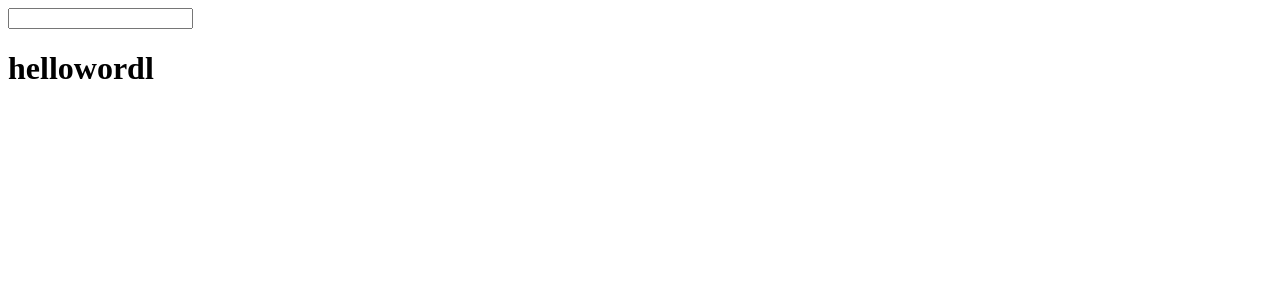
Repository: fakebrianho/baseExample
Page: public/index.html
An editor plug-in stored every save of this project. The page is shown before and after the next save, followed by the edit.
The browser window is 1280 px wide. The pictures show the whole page.

Above is the page before, as saved 2022-11-27 19:38:50.

### public/index.html
<!DOCTYPE html>
<html lang="en">

<head>
    <meta charset="UTF-8">
    <meta http-equiv="X-UA-Compatible" content="IE=edge">
    <meta name="viewport" content="width=device-width, initial-scale=1.0">
    <title>Demo</title>
</head>

<body>
    <form action="/submission">
        <label for="critique"></label>
        <input type="text" id='critique' name='critique'>
    </form>
    <h1>hellowordl</h1>

</body>

</html>

After the next save:
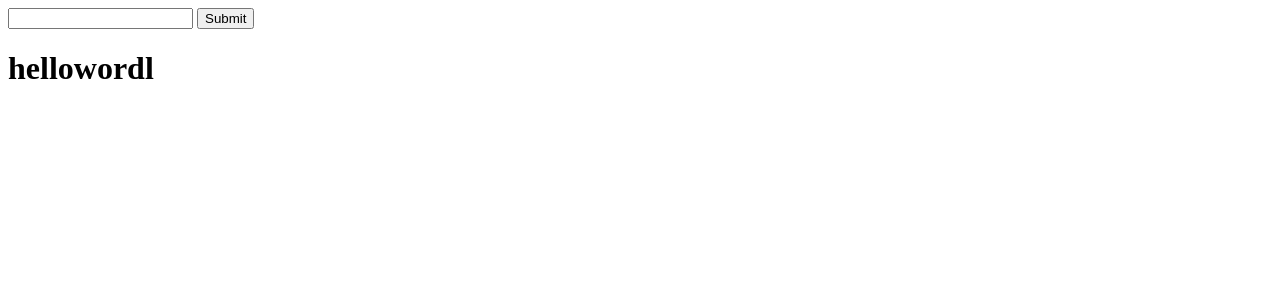
Saved 17 min 43 s later.
--- a/public/index.html
+++ b/public/index.html
@@ -12,6 +12,8 @@
     <form action="/submission">
         <label for="critique"></label>
         <input type="text" id='critique' name='critique'>
+        <label for="button"></label>
+        <input type="submit" name="button" id="button">
     </form>
     <h1>hellowordl</h1>
 
